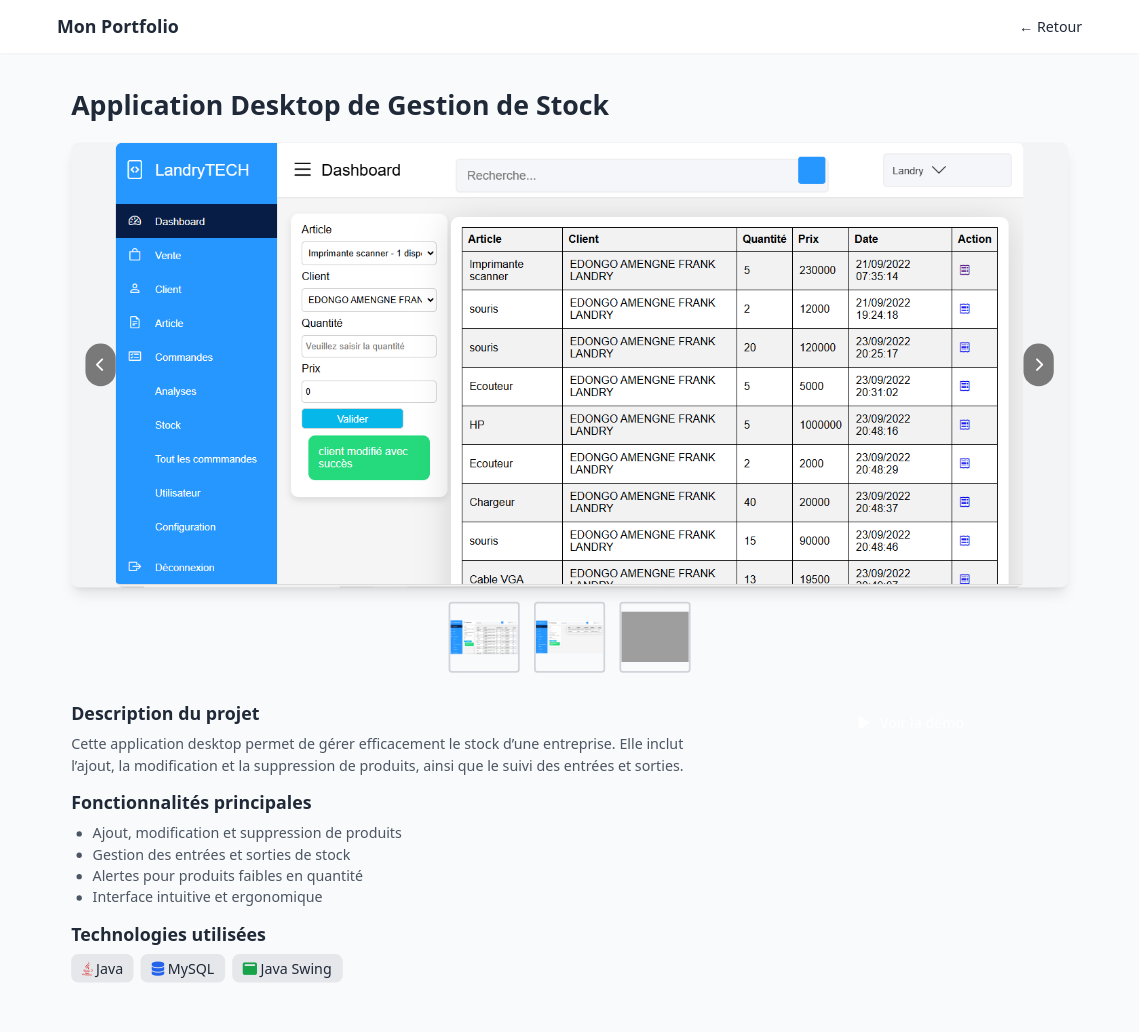
Repository: Edongo999/landry-portfolio
Page: projet-gestion-stocks.html
An editor plug-in stored every save of this project. The page is shown before and after the next save, followed by the edit.
The browser window is 1280 px wide. The pictures show the whole page, at 89% of full size.
Pictures or frames that could not be fetched are drawn as grey boxes. Some web libraries are served in a nearby version.

Above is the page before, as saved 2025-08-18 12:34:44.

After the next save:
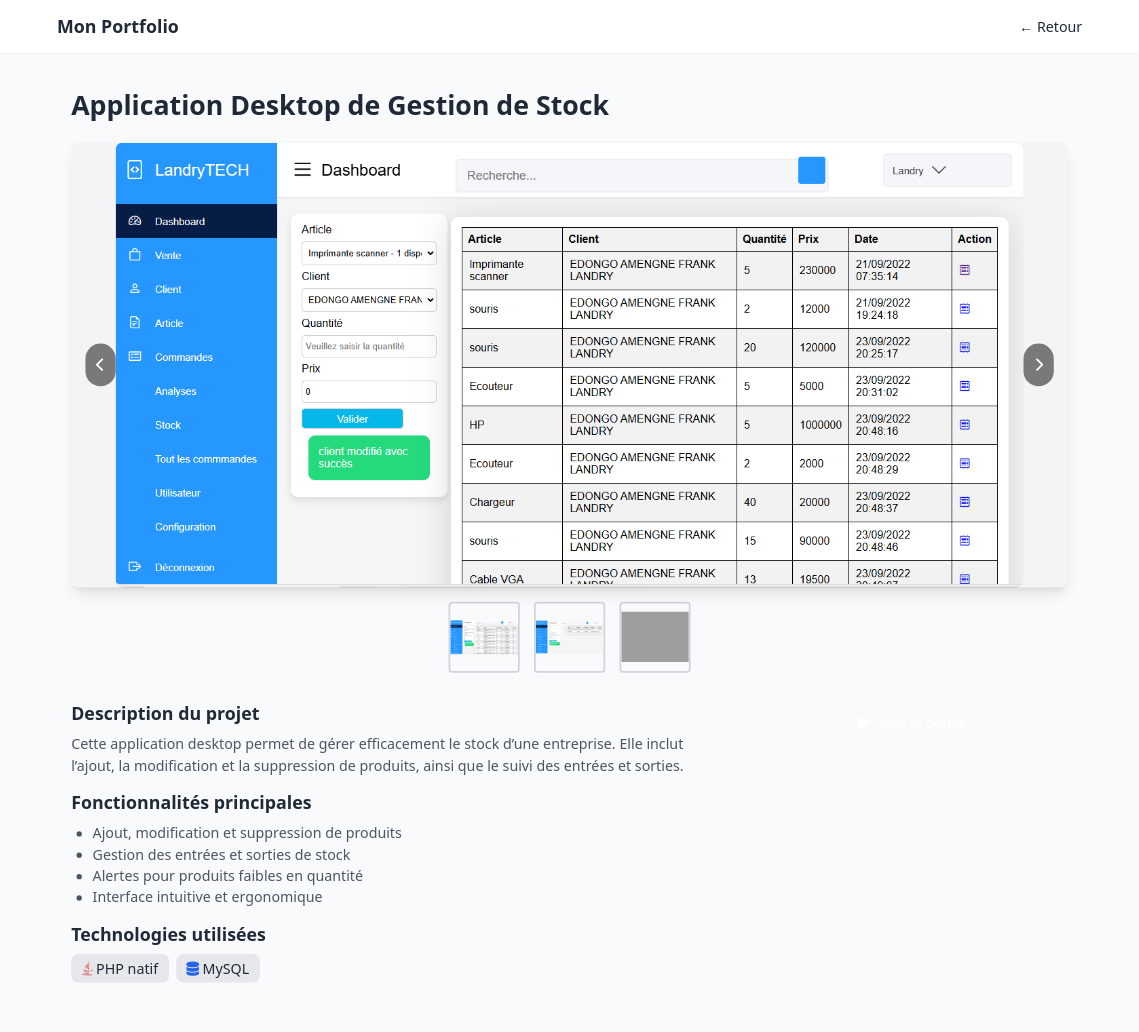
Saved 23 days later.
--- a/projet-gestion-stocks.html
+++ b/projet-gestion-stocks.html
@@ -59,13 +59,10 @@
         <h3 class="text-xl font-semibold mb-2">Technologies utilisées</h3>
         <div class="flex flex-wrap gap-2 mb-4">
           <span class="flex items-center gap-1 px-3 py-1 bg-gray-200 rounded-lg">
-            <i class="fab fa-java text-red-600"></i> Java
+            <i class="fab fa-java text-red-600"></i> PHP natif
           </span>
           <span class="flex items-center gap-1 px-3 py-1 bg-gray-200 rounded-lg">
             <i class="fas fa-database text-blue-600"></i> MySQL
-          </span>
-          <span class="flex items-center gap-1 px-3 py-1 bg-gray-200 rounded-lg">
-            <i class="fas fa-window-maximize text-green-600"></i> Java Swing
           </span>
         </div>
       </div>
